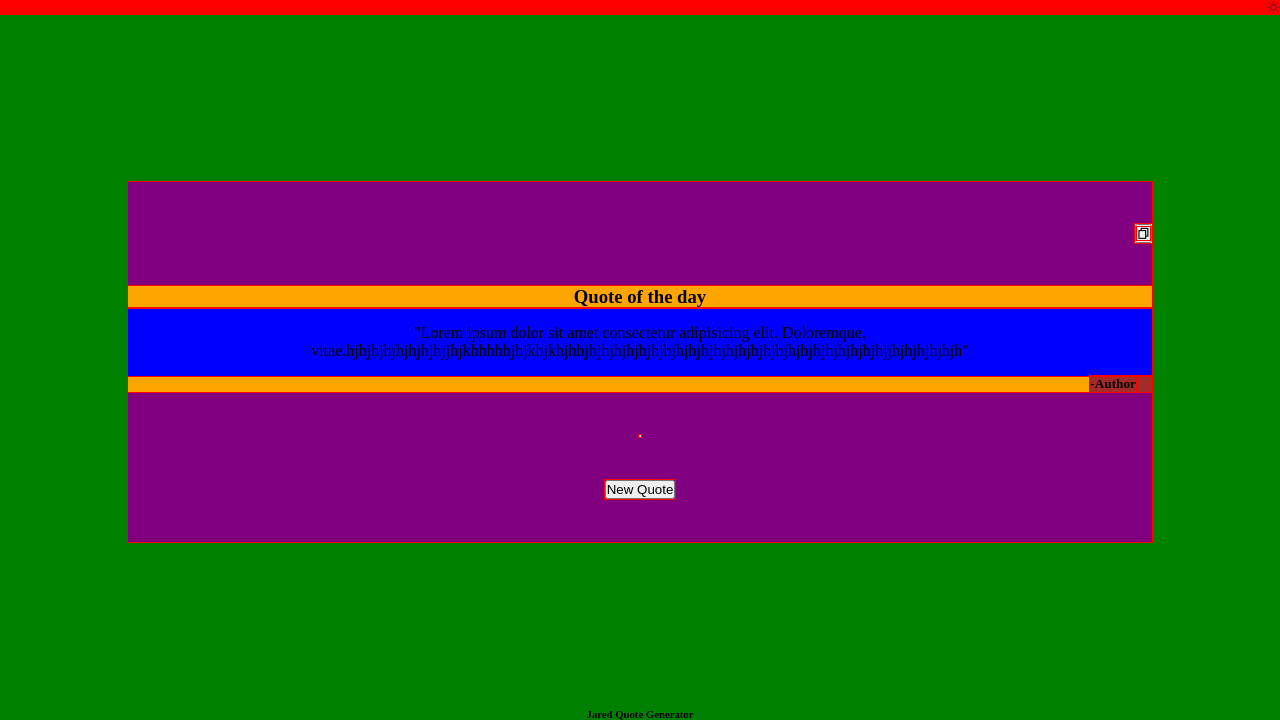
Repository: EguJaredoBoyd/Jared-Quote-Generator
Page: html/main.html
These files come from the project's save history. The page is drawn as it stood at one moment and after the next save; the edit follows.
The browser window is 1280 px wide. The pictures show the whole page.
Some web libraries are served in a nearby version.

Above is the page before, as saved 2026-01-09 01:25:09.

After the next save:
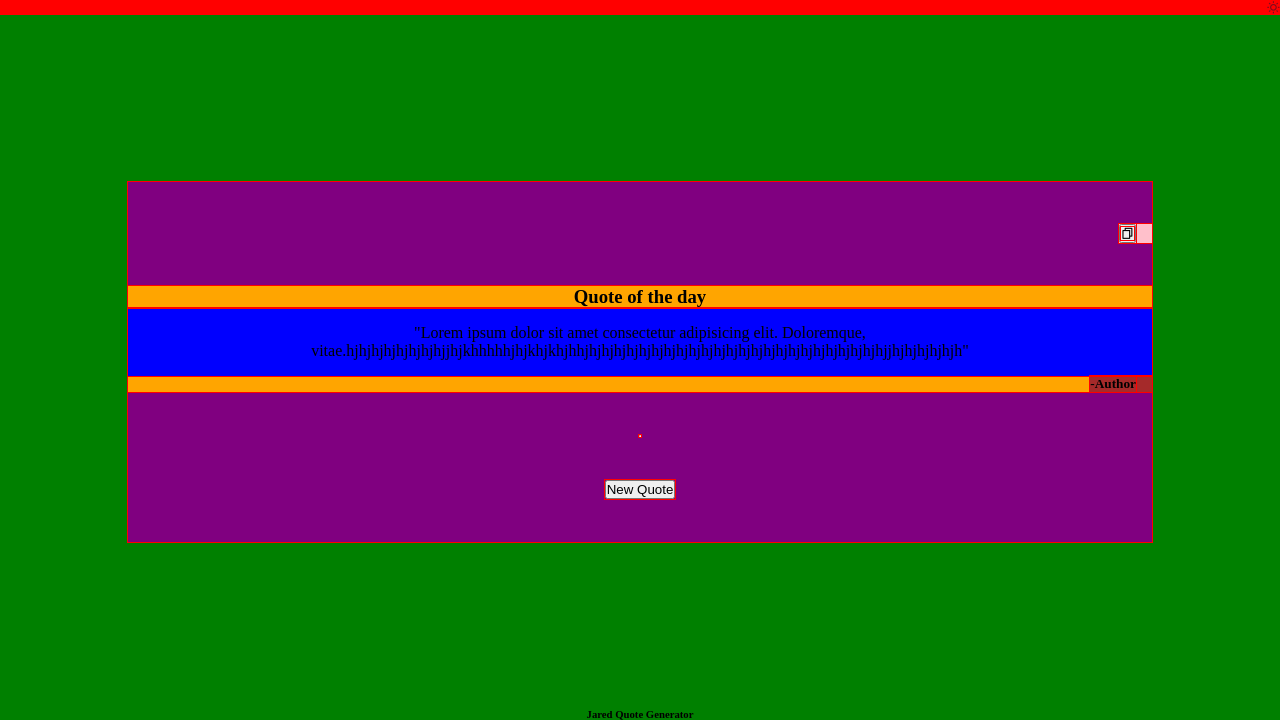
Saved 21 s later.
--- a/css/style.css
+++ b/css/style.css
@@ -57,6 +57,7 @@ header button {
 
 .quote-container__copy {
   align-self: self-end;
+  padding-right: 1rem;
   background-color: pink;
 }
 
